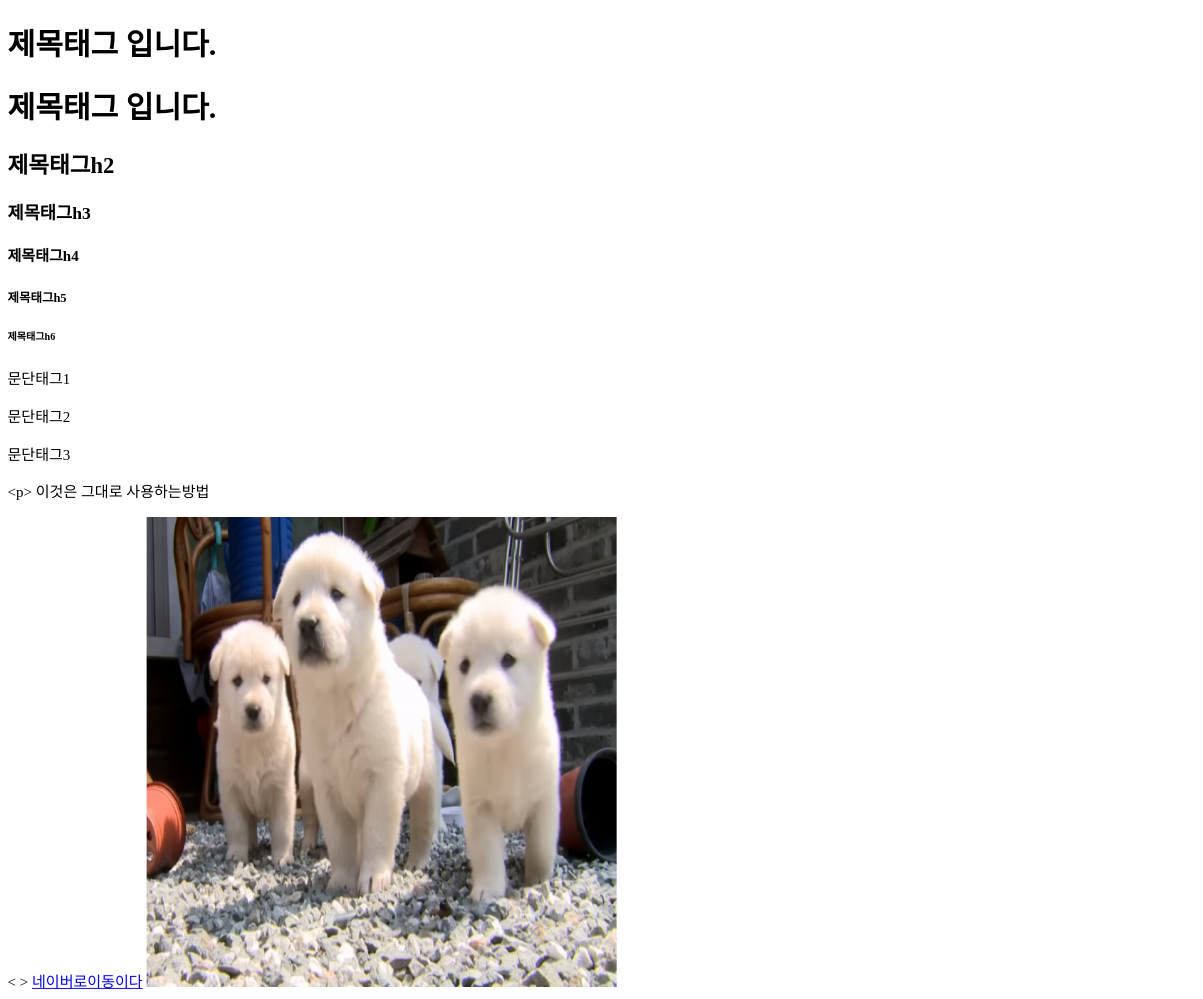
Repository: Devhyeongseon/Academy_Jsp
Page: JSPBasic/src/main/webapp/HTML/index01_P.html
The author's editor kept a copy of each file at every save. The page is drawn from the files as they stood at one save, then again after the next save.
The browser window is 1280 px wide. The pictures show the whole page, at 94% of full size.

Above is the page before, as saved 2024-01-09 08:38:39.

### JSPBasic/src/main/webapp/HTML/index01_P.html
<!DOCTYPE html>
<html>

<head>
	<meta charset="UTF-8">
	<title>Insert title here</title>
</head>

	<h1> 제목태그 입니다.</h1><h1> 제목태그 입니다.</h1>
	<!--h 태그는 알아서 개행된다-->
	<h2>제목태그h2</h2>
	<h3>제목태그h3</h3>
	<h4>제목태그h4</h4>
	<h5>제목태그h5</h5>
	<h6>제목태그h6</h6>

	<p>문단태그1</p>
	<p>문단태그2</p>
	<p>문단태그3</p>
	<p> &lt;p&gt; 이것은 그대로 사용하는방법</p>
	&lt; &gt;

	<a href="https://www.naver.com">네이버로이동이다</a>
	<img src ="./img/테스트1.jpg" alt="개새끼" width = "500" height = "500"


<body>

</body>
</html>

After the next save:
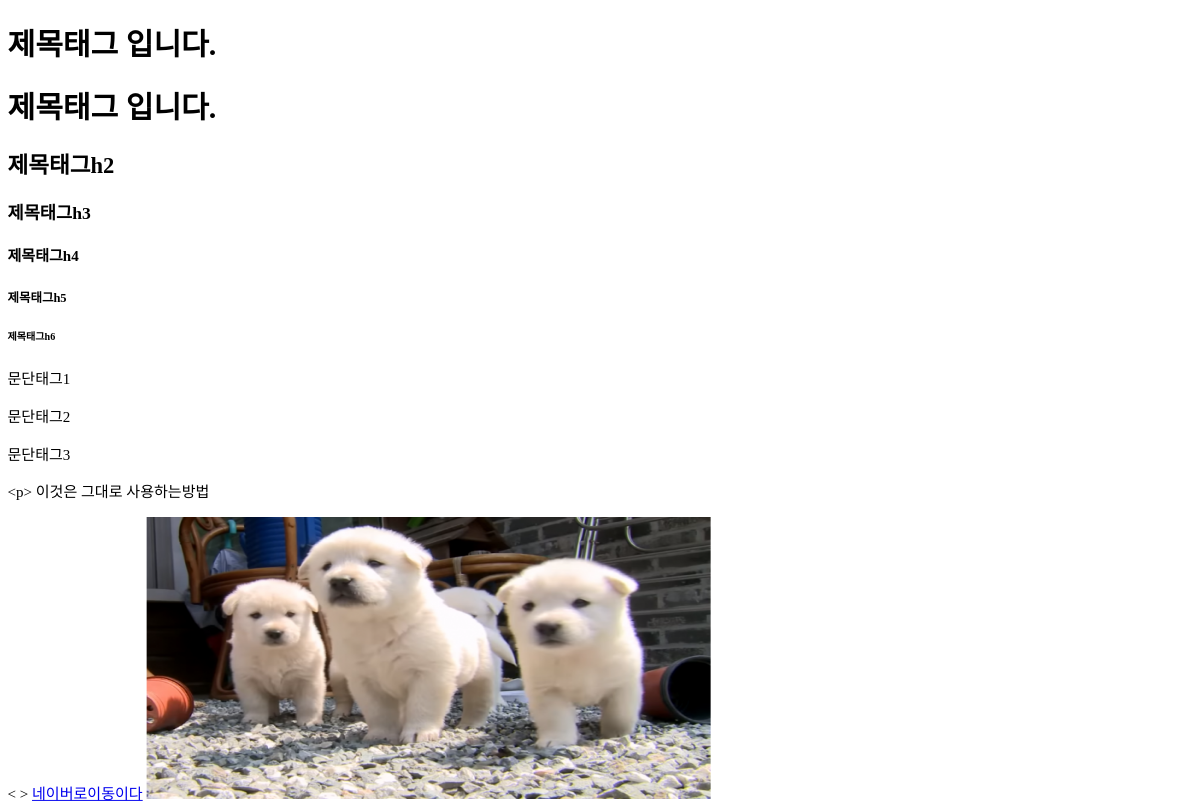
Saved 6 s later.
--- a/JSPBasic/src/main/webapp/HTML/index01_P.html
+++ b/JSPBasic/src/main/webapp/HTML/index01_P.html
@@ -21,7 +21,7 @@
 	&lt; &gt;
 
 	<a href="https://www.naver.com">네이버로이동이다</a>
-	<img src ="./img/테스트1.jpg" alt="개새끼" width = "500" height = "500"
+	<img src ="./img/테스트1.jpg" alt="개새끼" width = "600" height = "300"
 
 
 <body>
